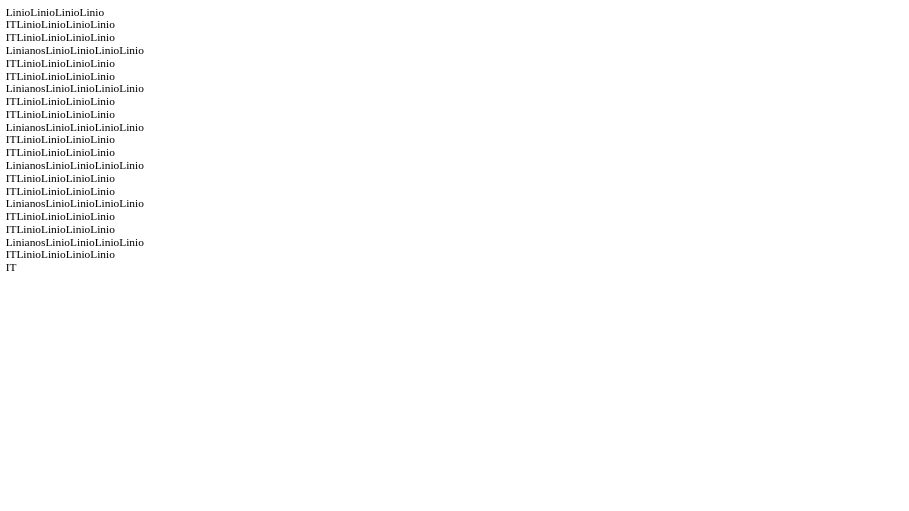
Repository: mallu266/Mallikarjun
Page: http://localhost/
The author's editor kept a copy of each file at every save. The page is drawn from the files as they stood at one save, then again after the next save.
The browser window is 1280 px wide. The pictures show the whole page, at 71% of full size.
The page is served by the project's Laravel application, run on PHP 8.4 with Laravel 8.

Above is the page before, as saved 2020-02-06 18:41:36.

After the next save:
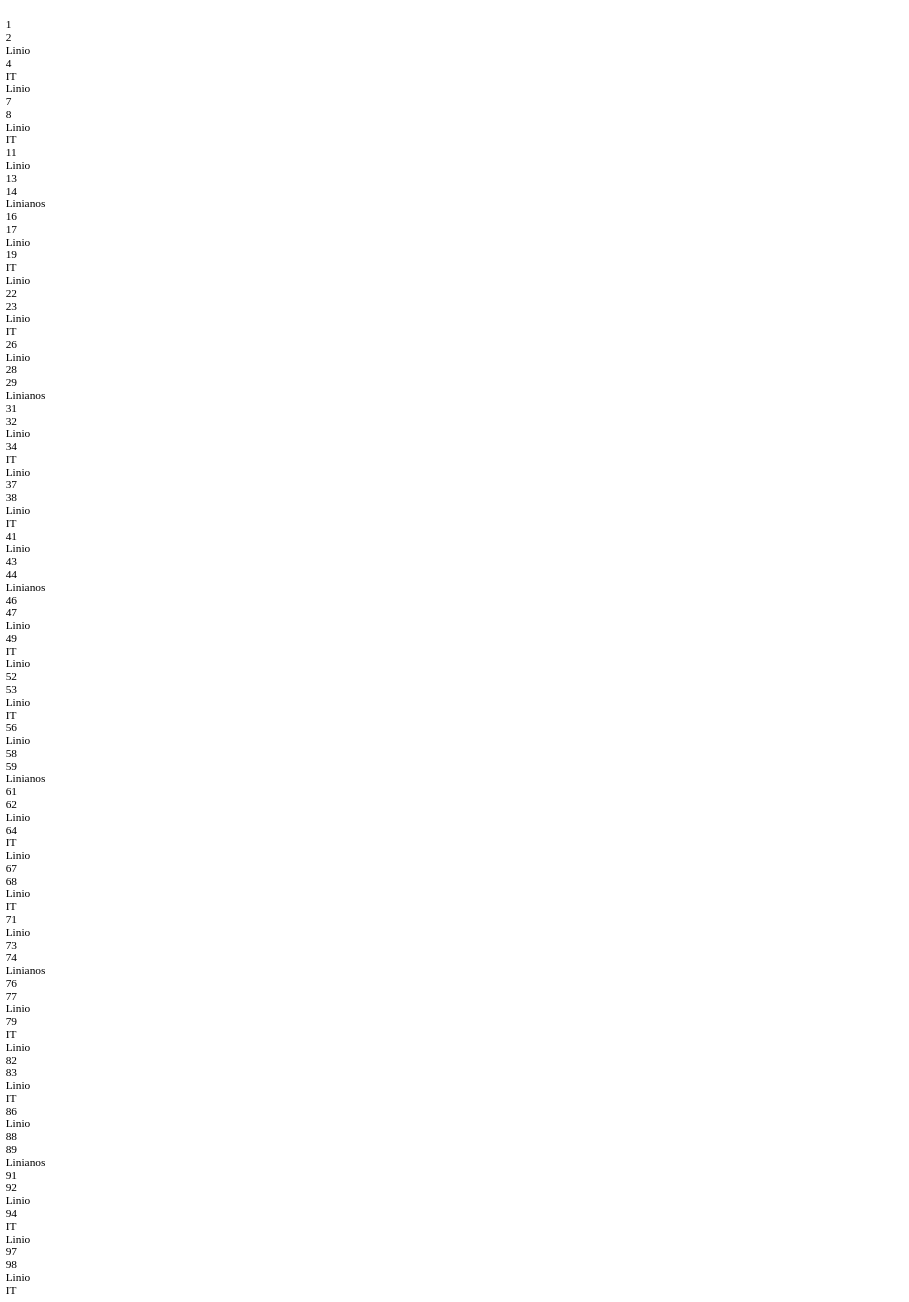
Saved 38 s later.
--- a/routes/web.php
+++ b/routes/web.php
@@ -23,7 +23,7 @@
     } elseif ($number % 5 == 0) {
         echo "<br>IT";
     }else{
-        echo "<br>". ($number % 3 == 0)?"Linio":$number;
+        echo  ($number % 3 == 0)?"<br>Linio":"<br>".$number;
     }
 }
 
